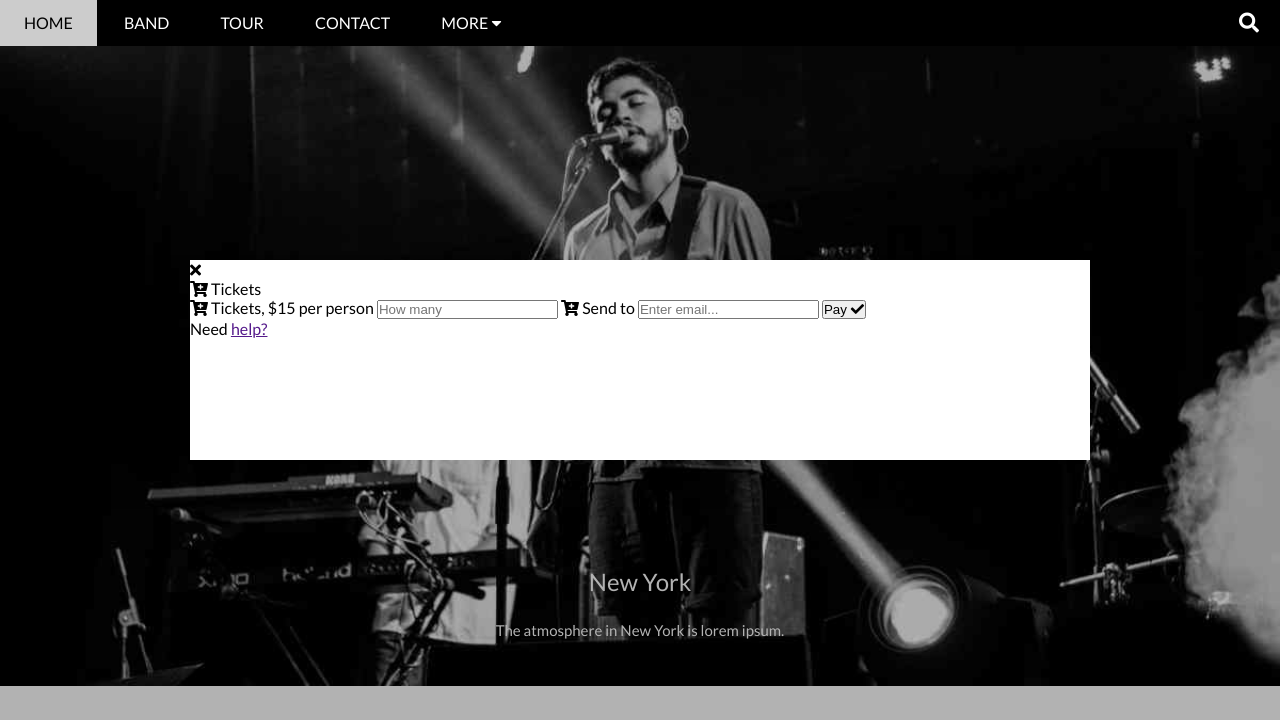
Repository: phunobi1807/theband
Page: index.html
The author's editor kept a copy of each file at every save. The page is drawn from the files as they stood at one save, then again after the next save.
The browser window is 1280 px wide. The pictures show the window.
A layer covers the whole window, so only the first screen is drawn.

Above is the page before, as saved 2021-07-16 19:46:43.

After the next save:
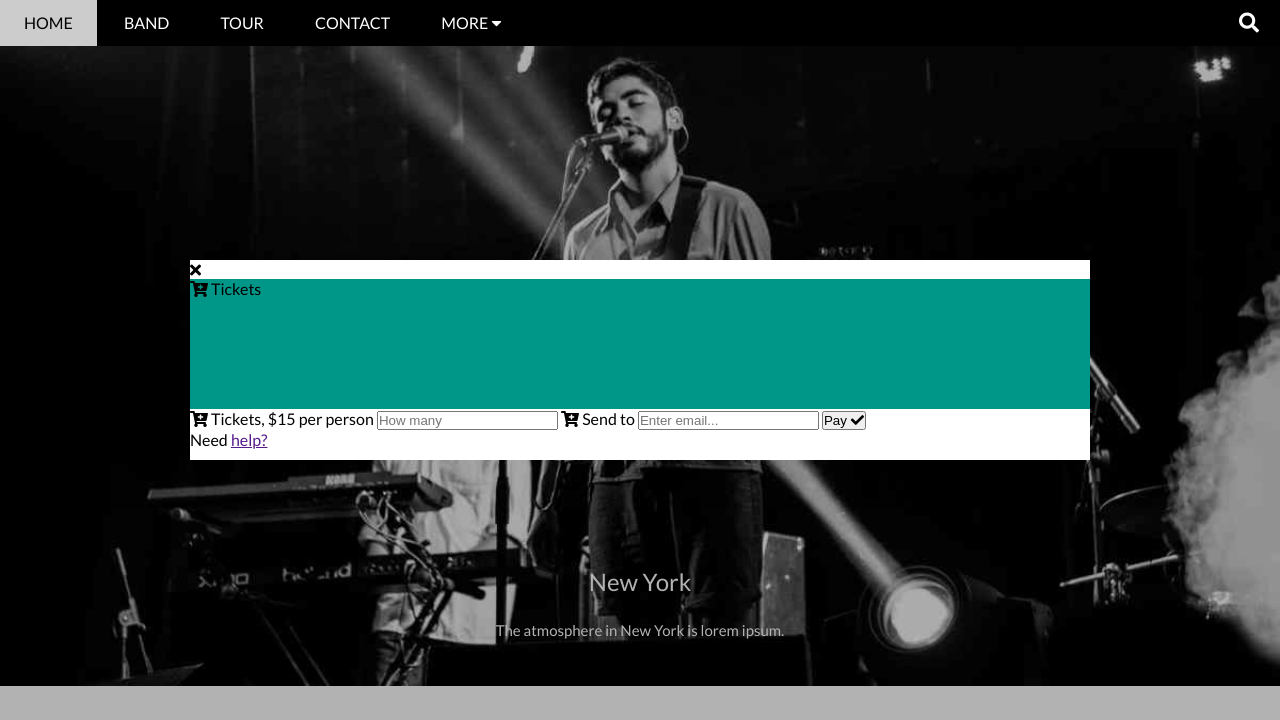
Saved 91 s later.
--- a/assets/css/style.css
+++ b/assets/css/style.css
@@ -333,3 +333,8 @@ margin-left: 16px;
     width: 900px;
     min-height: 200px;
 }
+ header.modal-header
+ {
+     background: #009688;
+     height:130px ;
+ }
